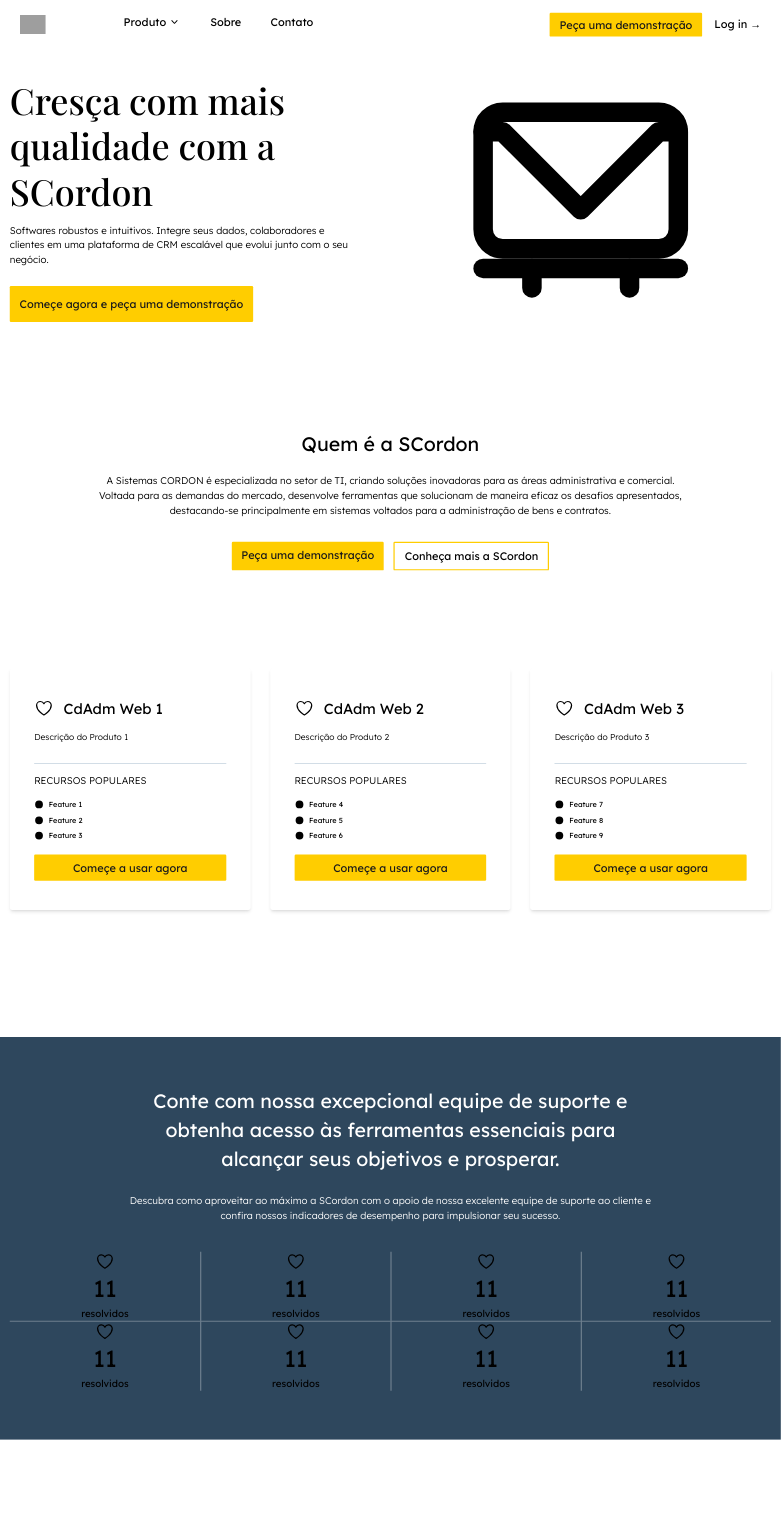
Repository: VereAbsolutum/site-institucional
Page: /
The author's editor kept a copy of each file at every save. The page is drawn from the files as they stood at one save, then again after the next save.
The browser window is 1280 px wide. The pictures show the whole page, at 61% of full size.
Pictures or frames that could not be fetched are drawn as grey boxes. The project was rebuilt for these pictures with package versions that can differ from the ones it lists, and the page was loaded fresh each time. Also part of the build but not shown: vite.config.ts, src/presentation/components/buttons/button-base.tsx, src/presentation/components/buttons/button-border-primary.tsx, src/presentation/components/buttons/button-primary.tsx, src/presentation/components/links/link-border-white.tsx, src/presentation/components/typography/heading3.tsx, src/presentation/pages/not-found/notFound.tsx.

Above is the page before, as saved 2023-04-15 23:43:06.

### src/App.tsx
import React from 'react'
import { BrowserRouter, Routes, Route } from "react-router-dom"
import { Home, NotFound } from './presentation/pages'

const App: React.FC = () => {
  return (
    <BrowserRouter >
      <Routes>
        <Route path='/' element={<Home />} />
        <Route path='*' element={<NotFound />} />
      </Routes>
    </BrowserRouter>
  )
}

export default App

### src/index.css
@import url('https://fonts.googleapis.com/css2?family=Lexend+Deca:wght@300;400&family=Manrope:wght@800&family=Playfair+Display:wght@500&display=swap');

@tailwind base;
@tailwind components;
@tailwind utilities;

### src/presentation/pages/index.ts
export { default as Home } from './home/home'
export { default as NotFound } from './not-found/notFound'

### src/presentation/pages/home/home.tsx
import { HeartIcon } from '@heroicons/react/24/outline';
import React from 'react';
import { GridItem, Header, LinkBorderPrimary, LinkPrimary, TextDisplay, TextHeading1, TextHeading2, TextHeading3, TextMenu, TextParagraph } from '../../components';
import ProductCard from '../../components/card/product-card';
import { productCardData } from './components';

const home: React.FC = () => {
    return (
        <>
            <Header />
            <main>
                <section className='container py-12 mb-12'>
                    <div className='grid grid-cols-1 sm:grid-cols-2'>
                        <div className='grid grid-cols-1 gap-4 order-2 sm:order-1'>
                            <h1>
                                <TextDisplay>
                                    Cresça com mais qualidade com a SCordon
                                </TextDisplay>
                            </h1>
                            <p className='mb-4 pr-12'>
                                <TextParagraph>
                                    Softwares robustos e intuitivos. Integre seus dados, colaboradores e clientes em uma plataforma de CRM escalável que evolui junto com o seu negócio.
                                </TextParagraph>
                            </p>
                            <div>
                                <LinkPrimary className='py-4 block md:inline-block text-center lg:text-left hidden'>
                                    Começe agora e peça uma demonstração
                                </LinkPrimary>
                                <LinkPrimary className='py-4 block md:hidden text-center lg:text-left'>
                                    Peça uma demonstração
                                </LinkPrimary>
                            </div>
                        </div>
                        <div className='flex justify-center items-center order-1 sm:order-2'>
                            <svg xmlns="http://www.w3.org/2000/svg" width="150" height="150" viewBox="0 0 24 24" fill="none" stroke="currentColor" strokeWidth="2" strokeLinecap="round" strokeLinejoin="round" className="w-full h-auto sm:max-w-sm">
                                <rect x="2" y="3" width="20" height="14" rx="2" ry="2"></rect>
                                <path d="M22 5H20L12 13L4 5H2"></path>
                                <line x1="2" y1="19" x2="22" y2="19"></line>
                                <line x1="7" y1="19" x2="7" y2="21"></line>
                                <line x1="17" y1="19" x2="17" y2="21"></line>
                            </svg>
                        </div>
                    </div>
                </section>


                <section className='container py-20'>
                    <div className='text-center lg:px-36'>
                        <h2 className='mb-6'>
                            <TextHeading2>
                                Quem é a SCordon
                            </TextHeading2>
                        </h2>
                        <p className='mb-10'>
                            <TextParagraph>
                                A Sistemas CORDON é especializada no setor de TI, criando soluções inovadoras para as áreas administrativa e comercial. Voltada para as demandas do mercado, desenvolve ferramentas que solucionam de maneira eficaz os desafios apresentados, destacando-se principalmente em sistemas voltados para a administração de bens e contratos.
                            </TextParagraph>
                        </p>

                        <div className='flex flex-col sm:flex-row sm:justify-center gap-4'>
                            <LinkPrimary className='py-2'>
                                <TextMenu>
                                    Peça uma demonstração
                                </TextMenu>
                            </LinkPrimary>
                            <LinkBorderPrimary className='py-2'>
                                <TextMenu>
                                    Conheça mais a SCordon
                                </TextMenu>
                            </LinkBorderPrimary>
                        </div>
                    </div>
                </section>

                <section className='container py-20 mb-32'>
                    <div className='grid grid-cols-1 gap-8 md:grid-cols-2 lg:grid-cols-3'>
                        {productCardData && productCardData.map((data, index) =>
                            <ProductCard key={index} {...data} />
                        )}
                    </div>
                </section>

                <section className='bg-blue'>
                    <div className="container py-20 mb-32">
                        <div className='mb-12 text-center sm:px-[12rem] text-white'>
                            <h2 className='mb-8'>
                                <TextHeading2>
                                    Conte com nossa excepcional equipe de suporte e obtenha acesso às ferramentas essenciais para alcançar seus objetivos e prosperar.
                                </TextHeading2>
                            </h2>
                            <p>
                                <TextParagraph>
                                    Descubra como aproveitar ao máximo a SCordon com o apoio de nossa excelente equipe de suporte ao cliente e confira nossos indicadores de desempenho para impulsionar seu sucesso.
                                </TextParagraph>
                            </p>
                        </div>
                        <div className="grid grid-cols-2 md:grid-cols-4 gap-0">
                            {Array.from({ length: 8 }, (_, i) => (
                                <GridItem index={i} key={i} />
                            ))}
                        </div>
                    </div>



                </section>



            </main>
        </>
    );
};

export default home;

### src/presentation/components/index.ts
export { default as Header } from './header/header'

export { default as ButtonBase } from './buttons/button-base'
export { default as ButtonBorderPrimary } from './buttons/button-border-primary'
export { default as ButtonPrimary } from './buttons/button-primary'

export { default as LinkBase } from './links/link-base'
export { default as LinkPrimary } from './links/link-primary'
export { default as LinkBorderPrimary } from './links/link-border-primary'
export { default as LinkBorderWhite } from './links/link-border-white'

export { default as TextBase } from './typography/text-base'
export { default as TextDisplay } from './typography/display'
export { default as TextHeading1 } from './typography/heading1'
export { default as TextHeading2 } from './typography/heading2'
export { default as TextHeading3 } from './typography/heading3'
export { default as TextParagraph } from './typography/paragraph'
export { default as TextParagraphSmall } from './typography/paragraph-small'
export { default as TextCaption } from './typography/caption'
export { default as TextMenu } from './typography/menu'

export { default as List } from './list/list'

export { default as GridItem } from './grid/grid-item'

### src/presentation/components/card/product-card.tsx
import { HeartIcon } from '@heroicons/react/24/outline';
import React from 'react';
import { LinkPrimary, List, TextCaption, TextParagraph, TextParagraphSmall } from '..';

export type ProductCardProps = {
    imageUrl: string;
    title: string;
    description: string;
    features: string[];
    ctaText: string;
    ctaHref: string;
};

const ProductCard: React.FC<ProductCardProps> = (cardContent: ProductCardProps) => {
    return (
        <div className="bg-white p-6 rounded shadow-md px-10 py-12 transform hover:scale-[1.02] duration-500 ease-in-out">
            <div className="flex flex-col">
                <div className="flex items-center mb-4">
                    <HeartIcon className="w-8 h-auto mr-4 text-blue-500" />
                    <h3 className="font-medium text-[24px]">{cardContent.title}</h3>
                </div>
                <div>
                    <p className="mb-8">
                        <TextParagraphSmall>
                            {/* Conheça a sua nova plataforma digital feita para fornecer todas as ferramentas necessárias para a administração da sua imobiliária. */}
                            {cardContent.description}
                        </TextParagraphSmall>
                    </p>
                    <div className='border-t-black border-t border-solid'>
                        <h4 className='my-4'>
                            <TextParagraph>
                                RECURSOS POPULARES
                            </TextParagraph>
                        </h4>
                        <List items={cardContent.features} />
                        <div className='mt-5'>
                            <LinkPrimary className="block text-center py-2" href={cardContent.ctaHref}>
                                Começe a usar agora
                            </LinkPrimary>
                        </div>
                    </div>
                </div>
            </div>
        </div>
    );
};

export default ProductCard;

### src/presentation/pages/home/components/index.ts
export * from './product-card-data'

### src/presentation/components/header/header.tsx
import React, { useState } from 'react'
import {
    Bars3Icon,
    ChartPieIcon,
    CursorArrowRaysIcon,
    FingerPrintIcon,
} from '@heroicons/react/24/outline'
import { PhoneIcon, PlayCircleIcon } from '@heroicons/react/20/solid'
import { MainMenu, MobileMenu } from './components'
import { ButtonPrimary, LinkPrimary, TextMenu, TextParagraphSmall } from '..'

const products = [
    { name: 'CdAdm Web', description: 'Get a better understanding of your traffic', href: '#', icon: ChartPieIcon },
    { name: 'CdAdm Grafico', description: 'Speak directly to your customers', href: '#', icon: CursorArrowRaysIcon },
    { name: 'CdFin', description: 'Your customers’ data will be safe and secure', href: '#', icon: FingerPrintIcon }
]
const callsToAction = [
    { name: 'Assista a Demo', href: '#', icon: PlayCircleIcon },
    { name: 'Contato', href: '#', icon: PhoneIcon },
]

function classNames(...classes: string[]) {
    return classes.filter(Boolean).join(' ');
}

const header: React.FC = () => {
    const [mobileMenuOpen, setMobileMenuOpen] = useState(false)

    return (
        <header className="bg-white">
            <nav className="mx-auto flex max-w-7xl items-center justify-between p-6 lg:px-8" aria-label="Global">

                <div className="flex lg:flex-1">
                    <a href="#" className="-m-1.5 p-1.5">
                        <span className="sr-only">SCordon</span>
                        <img className="h-8 w-auto" src="https://tailwindui.com/img/logos/mark.svg?color=indigo&shade=600" alt="" />
                    </a>

                    {/* main menu */}
                    <div className='ml-32'>
                        <MainMenu products={products} />
                    </div>
                </div>

                <div className="flex lg:hidden">
                    {/* Button */}
                    <button
                        type="button"
                        className="-m-2.5 inline-flex items-center justify-center rounded-md p-2.5 text-gray-700"
                        onClick={() => setMobileMenuOpen(true)}
                    >
                        <span className="sr-only">Open main menu</span>
                        <Bars3Icon className="h-6 w-6" aria-hidden="true" />
                    </button>
                </div>



                <div className="hidden lg:flex lg:flex-1 lg:justify-end align-items: center">
                    <div className='mr-5'>
                        <LinkPrimary className='py-2'>
                            <TextMenu>
                                Peça uma demonstração
                            </TextMenu>
                        </LinkPrimary>
                    </div>
                    <div className="flex items-center">
                        <a href="#" className="text-lg font-medium leading-6 font-semibold">
                            Log in <span aria-hidden="true">&rarr;</span>
                        </a>
                    </div>
                    {/* Button */}
                </div>
            </nav>

            <MobileMenu
                mobileMenuOpen={mobileMenuOpen}
                setMobileMenuOpen={setMobileMenuOpen}
                products={products}
                callsToAction={callsToAction}
            />
        </header>
    )
}

export default header

### src/presentation/components/links/link-base.tsx
import React from 'react';

export type LinkBaseProps = React.AnchorHTMLAttributes<HTMLAnchorElement> & {
    className?: string;
};

const linkBase: React.FC<LinkBaseProps> = ({ children, className, ...rest }) => {
    const baseClasses =
        'duration-500 ease-in-out font-semibold cursor-pointer rounded-sm hover:bg-blue-700 focus:outline-none focus:ring-2 focus:ring-blue-400 focus:ring-opacity-75';

    return (
        <a className={`${baseClasses} ${className}`} {...rest}>
            {children}
        </a>
    );
};

export default linkBase;

### src/presentation/components/links/link-primary.tsx
// FilledButton.tsx
import React from 'react';
import { LinkBase } from '..';
import { LinkBaseProps } from './link-base';

const linkPrimary: React.FC<LinkBaseProps> = ({ className, ...rest }) => {
    const baseClasses = 'px-4 py-1 text-lg font-400 text-black duration-100 bg-yellow hover:bg-opacity-40 ';

    return <LinkBase className={`${baseClasses} ${className}`} {...rest} />;
};

export default linkPrimary;

### src/presentation/components/links/link-border-primary.tsx
// FilledButton.tsx
import React from 'react';
import { LinkBase } from '..';
import { LinkBaseProps } from './link-base';

const linkBorderPrimary: React.FC<LinkBaseProps> = ({ className, ...rest }) => {
    const baseClasses = 'px-4 py-1 hover:bg-yellow-300 duration-500 ease-in-out border border-solid border-2 border-yellow bg-transparent border text-blue-500';

    return <LinkBase className={`${baseClasses} ${className}`} {...rest} />;
};

export default linkBorderPrimary;

### src/presentation/components/typography/text-base.tsx
import React from 'react';

export type TextBaseProps = React.HTMLAttributes<HTMLSpanElement> & {
    className?: string;
};

const textBase: React.FC<TextBaseProps> = ({ children, className, ...rest }) => {
    const baseClasses = '';

    return (
        <span className={`${baseClasses} ${className}`} {...rest}>
            {children}
        </span>
    );
};

export default textBase;

### src/presentation/components/typography/display.tsx
import React from 'react';
import { TextBase } from '..';
import { TextBaseProps } from './text-base';

const textDisplay: React.FC<TextBaseProps> = ({ children, className, ...rest }) => {
    const baseClasses = 'text-[2.25rem] lg:text-3xl sm:pr-2 font-medium leading-tight font-display';

    return (
        <TextBase className={`${baseClasses} ${className}`} {...rest}>
            {children}
        </TextBase>
    );
};

export default textDisplay;

### src/presentation/components/typography/heading1.tsx
import React from 'react';
import { TextBase } from '..';
import { TextBaseProps } from './text-base';

const textHeading1: React.FC<TextBaseProps> = ({ children, className, ...rest }) => {
    const baseClasses = 'text-2xl font-semibold';

    return (
        <TextBase className={baseClasses}>
            {children}
        </TextBase>
    );
};

export default textHeading1;

### src/presentation/components/typography/heading2.tsx
import React from 'react';
import { TextBase } from '..';
import { TextBaseProps } from './text-base';

const textHeading2: React.FC<TextBaseProps> = ({ children, className, ...rest }) => {
    const baseClasses = 'text-xxl font-semibold';

    return (
        <TextBase className={baseClasses}>
            {children}
        </TextBase>
    );
};

export default textHeading2;

### src/presentation/components/typography/paragraph.tsx
import React from 'react';
import { TextBase } from '..';
import { TextBaseProps } from './text-base';

const textParagraph: React.FC<TextBaseProps> = ({ children, className, ...rest }) => {
    const baseClasses = 'text-base font-300';

    return (
        <TextBase className={`${baseClasses} ${className}`} {...rest}>
            {children}
        </TextBase>
    );
};

export default textParagraph;

### src/presentation/components/typography/paragraph-small.tsx
import React from 'react';
import { TextBase } from '..';
import { TextBaseProps } from './text-base';

const textParagraphSmall: React.FC<TextBaseProps> = ({ children, className, ...rest }) => {
    const baseClasses = 'text-sm font-300';

    return (
        <TextBase className={baseClasses} {...rest}>
            {children}
        </TextBase>
    );
};

export default textParagraphSmall;

### src/presentation/components/typography/caption.tsx
import React from 'react';
import { TextBase } from '..';
import { TextBaseProps } from './text-base';

const textCapiton: React.FC<TextBaseProps> = ({ children, className, ...rest }) => {
    const baseClasses = 'text-xs font-500';

    return (
        <TextBase className={baseClasses} {...rest}>
            {children}
        </TextBase>
    );
};

export default textCapiton;

### src/presentation/components/typography/menu.tsx
import React from 'react';
import { TextBase } from '..';
import { TextBaseProps } from './text-base';

const textMenu: React.FC<TextBaseProps> = ({ children, className, ...rest }) => {
    const baseClasses = 'text-lg font-500';

    return (
        <TextBase className={`${baseClasses} ${className}`} {...rest}>
            {children}
        </TextBase>
    );
};

export default textMenu;

### src/presentation/components/list/list.tsx
import React, { ReactNode } from 'react'
import { TextCaption } from '..'
import { Item } from './components'

export type ListProps = {
    items: string[]
}

const List: React.FC<ListProps> = ({ items }) => {
    return (
        <ul>
            {items && items.map((item, index) =>
                <Item key={index} value={item} />
            )}
        </ul>
    )
}

export default List

### src/presentation/components/grid/grid-item.tsx
import { HeartIcon } from "@heroicons/react/24/outline";
import { Children, ReactNode } from "react";
import { TextHeading1, TextParagraph } from "..";

export type GridItemProps = {
    index: number
}

const gridItem: React.FC<GridItemProps> = ({ index }) => {
    const borderClasses = () => {
        let classes = 'border-white border-opacity-30';

        if (index % 2 !== 0) {
            classes += ' border-l-2';
        }
        if (Math.floor(index / 2) !== 0) {
            classes += ' border-t-2 sm:border-t-0';
        }
        if (index % 4 !== 0 && index >= 2) {
            classes += ' md:border-l-2';
        }
        if (Math.floor(index / 4) !== 0) {
            classes += ' md:border-t-2';
        }

        return classes;
    };

    return (
        <div className={`flex flex-col items-center ${borderClasses()}`}>
            <p>
                <HeartIcon className="w-8 h-auto text-blue-500" />
            </p>
            <h3>
                <TextHeading1>11</TextHeading1>
            </h3>
            <p>
                <TextParagraph className="font-500">resolvidos</TextParagraph>
            </p>
        </div>
    );
};

export default gridItem

### src/presentation/pages/home/components/product-card-data.ts
import { ProductCardProps } from "../../../components/card/product-card";

export const productCardData: ProductCardProps[] = [
    {
        imageUrl: 'https://example.com/image1.jpg',
        title: 'CdAdm Web 1',
        description: 'Descrição do Produto 1',
        features: ['Feature 1', 'Feature 2', 'Feature 3'],
        ctaText: 'Começe a usar agora',
        ctaHref: '/get-started-1',
    },
    {
        imageUrl: 'https://example.com/image2.jpg',
        title: 'CdAdm Web 2',
        description: 'Descrição do Produto 2',
        features: ['Feature 4', 'Feature 5', 'Feature 6'],
        ctaText: 'Começe a usar agora',
        ctaHref: '/get-started-2',
    },
    {
        imageUrl: 'https://example.com/image3.jpg',
        title: 'CdAdm Web 3',
        description: 'Descrição do Produto 3',
        features: ['Feature 7', 'Feature 8', 'Feature 9'],
        ctaText: 'Começe a usar agora',
        ctaHref: '/get-started-3',
    },
];

### src/presentation/components/header/components/index.ts
export { default as MobileMenu } from './mobile-menu'
export { default as MainMenu } from './main-menu'

### src/presentation/components/list/components/index.ts
export { default as Item } from './item'

### src/presentation/components/list/components/item.tsx
import React, { ReactNode } from 'react';
import { TextCaption } from '../..';

export type Item = {
    value: ReactNode
}

const item: React.FC<Item> = ({ value }) => {
    return (
        <li className='list-none flex items-center mb-1'>
            <svg className="w-4 h-4 mr-2 text-green-500 h-[1.35rem]" viewBox="0 0 20 20" fill="currentColor">
                <path d="M10 18a8 8 0 100-16 8 8 0 000 16zm1-13a1 1 0 10-2 0v4a1 1 0 00.293.707l2.828 2.829a1 1 0 101.415-1.415L11 9.586V5z"></path>
            </svg>
            <TextCaption>
                {value}
            </TextCaption>
        </li>
    );
};

export default item;

Loaded but not shown: index.html (common file); src/main.tsx (common file); tailwind.config.js (53 lines, source omitted); src/presentation/components/header/components/mobile-menu.tsx (118 lines, source omitted); src/presentation/components/header/components/main-menu.tsx (79 lines, source omitted)

After the next save:
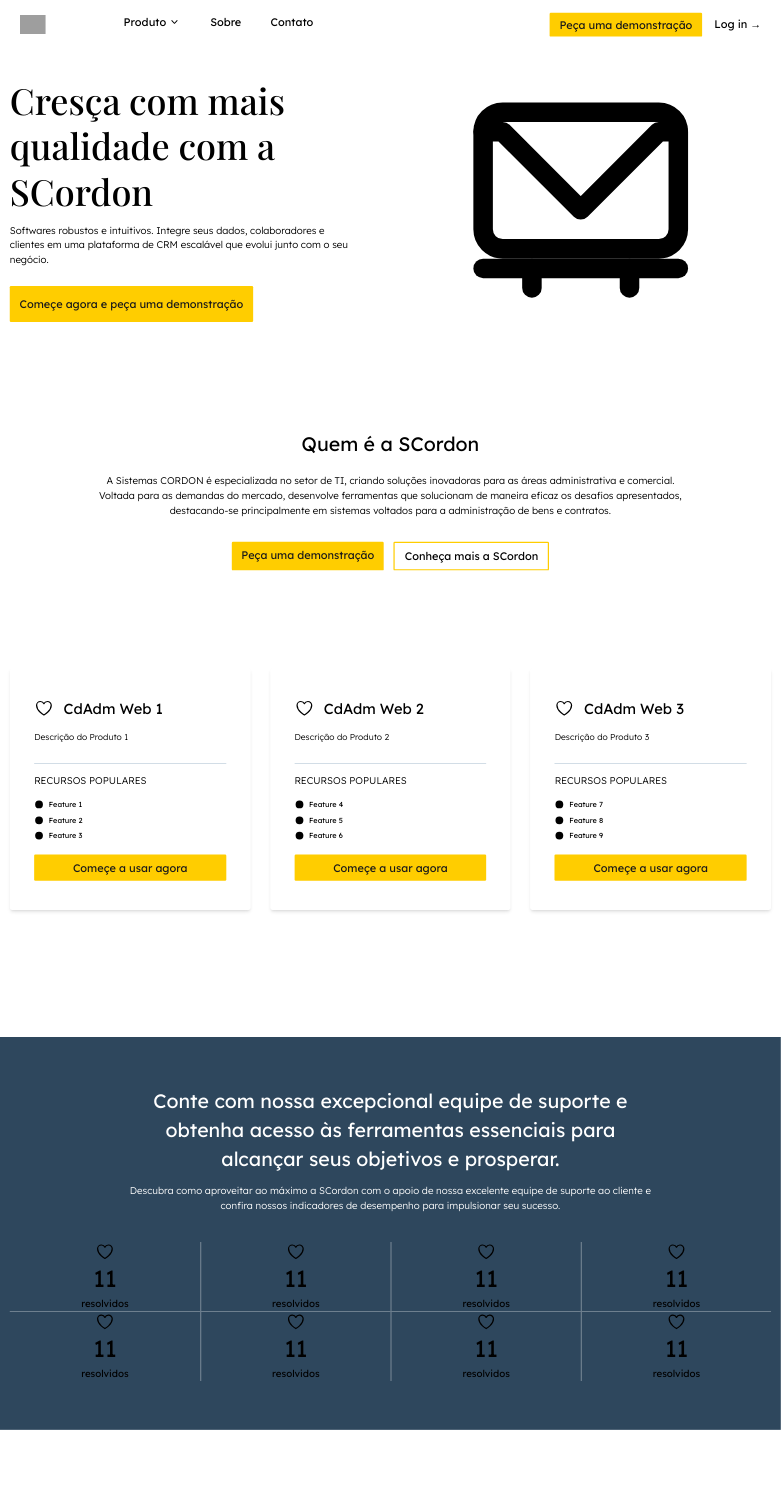
Saved 5 s later.
--- a/src/presentation/pages/home/home.tsx
+++ b/src/presentation/pages/home/home.tsx
@@ -83,7 +83,7 @@ const home: React.FC = () => {
                 <section className='bg-blue'>
                     <div className="container py-20 mb-32">
                         <div className='mb-12 text-center sm:px-[12rem] text-white'>
-                            <h2 className='mb-8'>
+                            <h2 className='mb-4'>
                                 <TextHeading2>
                                     Conte com nossa excepcional equipe de suporte e obtenha acesso às ferramentas essenciais para alcançar seus objetivos e prosperar.
                                 </TextHeading2>
